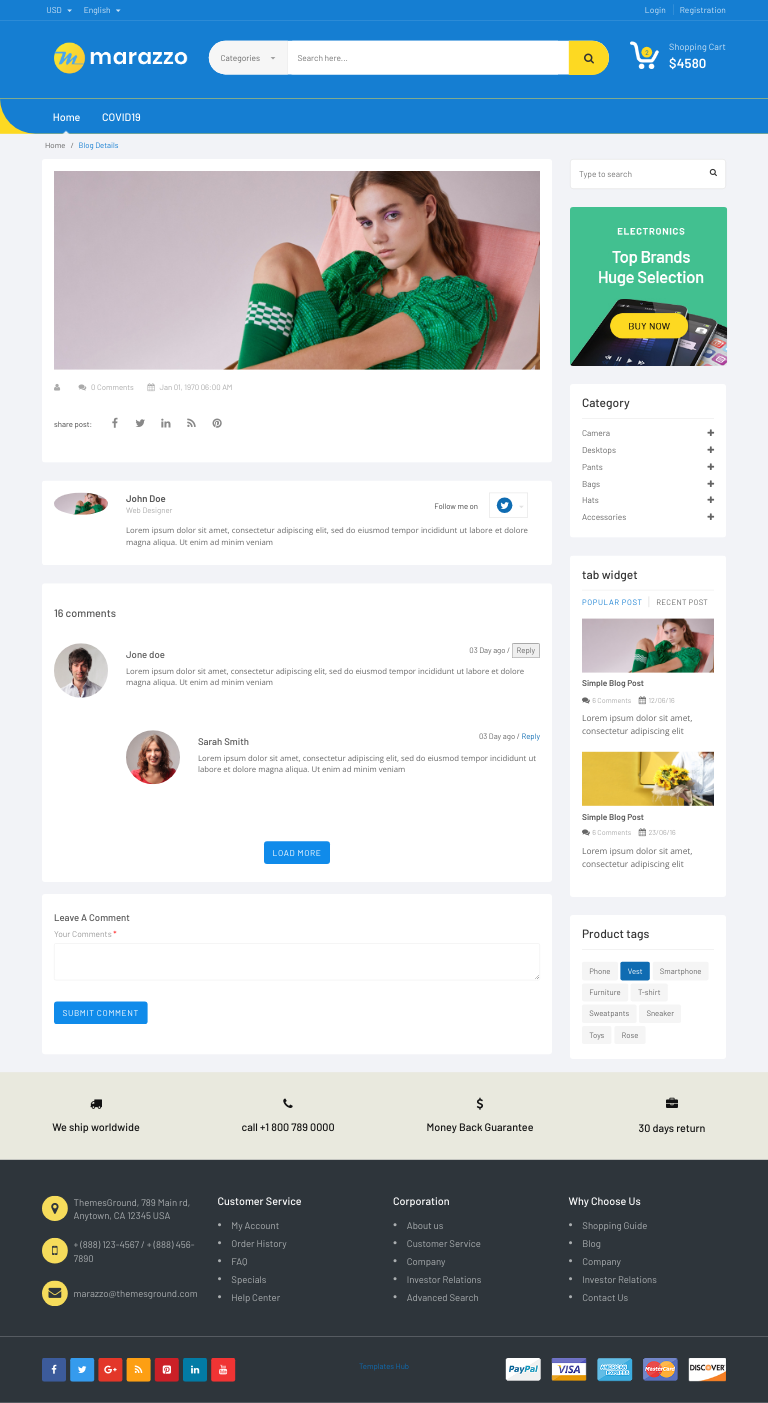
Repository: ztarikul/Laravel_e_commerce
Page: resources/views/posts/blog_details.blade.php
The author's editor kept a copy of each file at every save. The page is drawn from the files as they stood at one save, then again after the next save.
The browser window is 1280 px wide. The pictures show the whole page, at 60% of full size.
The page is served by the project's Laravel application, run on PHP 8.4 with Laravel 8. Other server files are loaded and not shown. The template is opened directly, without the code that normally fills it, so the values that code supplies are empty.

Above is the page before, as saved 2021-07-30 02:13:38.

### e_com/routes/web.php
<?php

use App\Http\Controllers\HomeController;
use Illuminate\Support\Facades\Route;

/*
|--------------------------------------------------------------------------
| Web Routes
|--------------------------------------------------------------------------
|
| Here is where you can register web routes for your application. These
| routes are loaded by the RouteServiceProvider within a group which
| contains the "web" middleware group. Now create something great!
|
*/

// Route::get('/', function () {
//     return view('home');
// });
// Route::get('/checkout', function () {
//     return view('checkout');
// });

Auth::routes();
Route::get('/', [HomeController::class, 'index'])->name('home');
Route::get('/covid19', [HomeController::class, 'covid_form'])->name('covid.form');
Route::post('/covid19_tracker', [HomeController::class, 'covid_tracker'])->name('covid.tracker');


Route::resource('customer', CustomerController::class);
Route::get('/customer_login','CustomerController@login')->name('customer.login');
Route::post('/customer_loginAuthenticate','CustomerController@customer_loginAuthenticate')->name('customer.loginAuthenticate');
Route::get('/customer_registration','CustomerController@registration')->name('customer.registration');
Route::post('/customerRegistration','CustomerController@customerRegistration')->name('customer.customerRegistration');
Route::get('/customer_logout','CustomerController@customer_logout')->name('customer.logout');


Route::resource('post', PostController::class);

### e_com/resources/views/posts/blog_details.blade.php
<x-home-master>
@section('content')

<div class="breadcrumb">
	<div class="container">
		<div class="breadcrumb-inner">
			<ul class="list-inline list-unstyled">
				<li><a href="#">Home</a></li>
				<li class='active'>Blog Details</li>
			</ul>
		</div><!-- /.breadcrumb-inner -->
	</div><!-- /.container -->
</div><!-- /.breadcrumb -->

<div class="body-content">
	<div class="container">
		<div class="row">
			<div class="blog-page">
				<div class="col-xs-12 col-sm-9 col-md-9 rht-col">
					<div class="blog-post wow fadeInUp">
	<img class="img-responsive" src="{{asset('images/blog-post/blog_big_01.jpg')}}" alt="">

	<h1>{{$post->title}}</h1>
	<span class="author">{{$post->user->name}}</span>
	<span class="review">{{$post->comments()->count()}} Comments</span>
	<span class="date-time">{{date('M d, Y',strtotime($post->created_at))}} {{date("H:i A", strtotime($post->created_at))}}</span>
	<p>{{$post->body}}</p>
	<div class="social-media">
		<span>share post:</span>
		<a href="#"><i class="fa fa-facebook"></i></a>
		<a href="#"><i class="fa fa-twitter"></i></a>
		<a href="#"><i class="fa fa-linkedin"></i></a>
		<a href="#"><i class="fa fa-rss"></i></a>
		<a href="#" class="hidden-xs"><i class="fa fa-pinterest"></i></a>
	</div>
</div>
<div class="blog-post-author-details wow fadeInUp">
	<div class="row">
		<div class="col-md-2">
			<img src="{{asset('images/blog-post/blog_big_01.jpg')}}" alt="Responsive image" class="img-circle img-responsive">
		</div>
		<div class="col-md-10">
			<h4>John Doe</h4>
			<div class="btn-group author-social-network pull-right">
				<span>Follow me on</span>
			    <button type="button" class="dropdown-toggle" data-toggle="dropdown">
			    	<i class="twitter-icon fa fa-twitter"></i>
			    	<span class="caret"></span>
			    </button>
			    <ul class="dropdown-menu" role="menu">
			    	<li><a href="#"><i class="icon fa fa-facebook"></i>Facebook</a></li>
			    	<li><a href="#"><i class="icon fa fa-linkedin"></i>Linkedin</a></li>
			    	<li><a href="#"><i class="icon fa fa-pinterest"></i>Pinterst</a></li>
			    	<li><a href="#"><i class="icon fa fa-rss"></i>RSS</a></li>
			    </ul>
			</div>
			<span class="author-job">Web Designer</span>
			<p>Lorem ipsum dolor sit amet, consectetur adipiscing elit, sed do eiusmod tempor incididunt ut labore et dolore magna aliqua. Ut enim ad minim veniam</p>
		</div>
	</div>
</div>
					<div class="blog-review wow fadeInUp">
	<div class="row">
		<div class="col-md-12">
			<h3 class="title-review-comments">16 comments</h3>
		</div>
		<div class="col-md-2 col-sm-2">
			<img src="{{asset('images/testimonials/member1.png')}}" alt="Responsive image" class="img-rounded img-responsive">
		</div>
		<div  class="col-md-10 col-sm-10 blog-comments outer-bottom-xs">
			<div class="blog-comments inner-bottom-xs">
				<h4 id = "b">Jone doe</h4>
				<span class="review-action pull-right">
					03 Day ago &sol;

					<button id= "abcd"  onClick="MyFunction();"> Reply</button>
				</span>
				<p>Lorem ipsum dolor sit amet, consectetur adipiscing elit, sed do eiusmod tempor incididunt ut labore et dolore magna aliqua. Ut enim ad minim veniam</p>
			</div>
			<div class="blog-comments-responce outer-top-xs ">
				<div class="row">
					<div class="col-md-2 col-sm-2">
						<img src="{{asset('images/testimonials/member2.png')}}" alt="Responsive image" class="img-rounded img-responsive">
					</div>
					<div class="col-md-10 col-sm-10 outer-bottom-xs">
						<div class="blog-sub-comments inner-bottom-xs">
							<h4>Sarah Smith</h4>
							<span class="review-action pull-right">
								03 Day ago &sol;

								<a href="#"> Reply</a>
							</span>
							<p>Lorem ipsum dolor sit amet, consectetur adipiscing elit, sed do eiusmod tempor incididunt ut labore et dolore magna aliqua. Ut enim ad minim veniam</p>
						</div>
					</div>

				</div>
			</div>
		</div>


		<div class="post-load-more col-md-12"><a class="btn btn-upper btn-primary" href="#">Load more</a></div>
	</div>
</div>					<div class="blog-write-comment outer-bottom-xs outer-top-xs">
	<div class="row">
		<div class="col-md-12">
			<h4>Leave A Comment</h4>
		</div>

		<div class="col-md-12">
			<form class="register-form" role="form">
				<div class="form-group">
			    <label class="info-title" for="exampleInputComments">Your Comments <span>*</span></label>
			    <textarea class="form-control unicase-form-control" id="exampleInputComments" ></textarea>
			  </div>
			</form>
		</div>
		<div class="col-md-12 outer-bottom-small m-t-20">
			<button type="submit" class="btn-upper btn btn-primary checkout-page-button">Submit Comment</button>
		</div>
	</div>
</div>
				</div>
				<div class="col-xs-12 col-sm-3 col-md-3 sidebar">



					<div class="sidebar-module-container">
						<div class="search-area outer-bottom-small">
    <form>
        <div class="control-group">
            <input placeholder="Type to search" class="search-field">
            <a href="#" class="search-button"></a>
        </div>
    </form>
</div>

<div class="home-banner outer-top-n outer-bottom-xs">
<img src="assets/images/banners/LHS-banner.jpg" alt="Image">
</div>
				<!-- ==============================================CATEGORY============================================== -->
<div class="sidebar-widget outer-bottom-xs wow fadeInUp">
	<h3 class="section-title">Category</h3>
	<div class="sidebar-widget-body m-t-10">
		<div class="accordion">
	    	<div class="accordion-group">
	            <div class="accordion-heading">
	                <a href="#collapseOne" data-toggle="collapse" class="accordion-toggle collapsed">
	                   Camera
	                </a>
	            </div><!-- /.accordion-heading -->
	            <div class="accordion-body collapse" id="collapseOne" style="height: 0px;">
	                <div class="accordion-inner">
	                    <ul>
	                        <li><a href="#">gaming</a></li>
	                        <li><a href="#">office</a></li>
	                        <li><a href="#">kids</a></li>
	                        <li><a href="#">for women</a></li>
	                    </ul>
	                </div><!-- /.accordion-inner -->
	            </div><!-- /.accordion-body -->
	        </div><!-- /.accordion-group -->

	        <div class="accordion-group">
	            <div class="accordion-heading">
	                <a href="#collapseTwo" data-toggle="collapse" class="accordion-toggle collapsed">
	                  Desktops
	                </a>
	            </div><!-- /.accordion-heading -->
	            <div class="accordion-body collapse" id="collapseTwo" style="height: 0px;">
	                <div class="accordion-inner">
	                    <ul>
	                        <li><a href="#">gaming</a></li>
	                        <li><a href="#">office</a></li>
	                        <li><a href="#">kids</a></li>
	                        <li><a href="#">for women</a></li>
	                    </ul>
	                </div><!-- /.accordion-inner -->
	            </div><!-- /.accordion-body -->
	        </div><!-- /.accordion-group -->

	        <div class="accordion-group">
	            <div class="accordion-heading">
	                <a href="#collapseThree" data-toggle="collapse" class="accordion-toggle collapsed">
	                   Pants
	                </a>
	            </div><!-- /.accordion-heading -->
	            <div class="accordion-body collapse" id="collapseThree" style="height: 0px;">
	                <div class="accordion-inner">
	                    <ul>
	                        <li><a href="#">gaming</a></li>
	                        <li><a href="#">office</a></li>
	                        <li><a href="#">kids</a></li>
	                        <li><a href="#">for women</a></li>
	                    </ul>
	                </div><!-- /.accordion-inner -->
	            </div><!-- /.accordion-body -->
	        </div><!-- /.accordion-group -->

	        <div class="accordion-group">
	            <div class="accordion-heading">
	                <a href="#collapseFour" data-toggle="collapse" class="accordion-toggle collapsed">
	                   Bags
	                </a>
	            </div><!-- /.accordion-heading -->
	            <div class="accordion-body collapse" id="collapseFour" style="height: 0px;">
	                <div class="accordion-inner">
	                    <ul>
	                        <li><a href="#">gaming</a></li>
	                        <li><a href="#">office</a></li>
	                        <li><a href="#">kids</a></li>
	                        <li><a href="#">for women</a></li>
	                    </ul>
	                </div><!-- /.accordion-inner -->
	            </div><!-- /.accordion-body -->
	        </div><!-- /.accordion-group -->

	        <div class="accordion-group">
	            <div class="accordion-heading">
	                <a href="#collapseFive" data-toggle="collapse" class="accordion-toggle collapsed">
	                  Hats
	                </a>
	            </div><!-- /.accordion-heading -->
	            <div class="accordion-body collapse" id="collapseFive" style="height: 0px;">
	                <div class="accordion-inner">
	                    <ul>
	                        <li><a href="#">gaming</a></li>
	                        <li><a href="#">office</a></li>
	                        <li><a href="#">kids</a></li>
	                        <li><a href="#">for women</a></li>
	                    </ul>
	                </div><!-- /.accordion-inner -->
	            </div><!-- /.accordion-body -->
	        </div><!-- /.accordion-group -->

	        <div class="accordion-group">
	            <div class="accordion-heading">
	                <a href="#collapseSix" data-toggle="collapse" class="accordion-toggle collapsed">
	                 Accessories
	                </a>
	            </div><!-- /.accordion-heading -->
	            <div class="accordion-body collapse" id="collapseSix" style="height: 0px;">
	                <div class="accordion-inner">
	                    <ul>
	                        <li><a href="#">gaming</a></li>
	                        <li><a href="#">office</a></li>
	                        <li><a href="#">kids</a></li>
	                        <li><a href="#">for women</a></li>
	                    </ul>
	                </div><!-- /.accordion-inner -->
	            </div><!-- /.accordion-body -->
	        </div><!-- /.accordion-group -->

	    </div><!-- /.accordion -->
	</div><!-- /.sidebar-widget-body -->
</div><!-- /.sidebar-widget -->
	<!-- ============================================== CATEGORY : END ============================================== -->						<div class="sidebar-widget outer-bottom-xs wow fadeInUp">
    <h3 class="section-title">tab widget</h3>
	<ul class="nav nav-tabs">
	  <li class="active"><a href="#popular" data-toggle="tab">popular post</a></li>
	  <li><a href="#recent" data-toggle="tab">recent post</a></li>
	</ul>
	<div class="tab-content" style="padding-left:0">
	   <div class="tab-pane active m-t-20" id="popular">
		<div class="blog-post inner-bottom-30 " >
			<img class="img-responsive" src="assets/images/blog-post/blog_big_01.jpg" alt="">
			<h4><a href="blog-details.html">Simple Blog Post</a></h4>
				<span class="review">6 Comments</span>
			<span class="date-time">12/06/16</span>
			<p>Lorem ipsum dolor sit amet, consectetur adipiscing elit</p>

		</div>
		<div class="blog-post" >
			<img class="img-responsive" src="assets/images/blog-post/blog_big_02.jpg" alt="">
			<h4><a href="blog-details.html">Simple Blog Post</a></h4>
			<span class="review">6 Comments</span>
			<span class="date-time">23/06/16</span>
			<p>Lorem ipsum dolor sit amet, consectetur adipiscing elit</p>

		</div>
	</div>

	<div class="tab-pane m-t-20" id="recent">
		<div class="blog-post inner-bottom-30" >
			<img class="img-responsive" src="assets/images/blog-post/blog_big_03.jpg" alt="">
			<h4><a href="blog-details.html">Simple Blog Post</a></h4>
			<span class="review">6 Comments</span>
			<span class="date-time">5/06/16</span>
			<p>Lorem ipsum dolor sit amet, consectetur adipiscing elit</p>

		</div>
		<div class="blog-post">
			<img class="img-responsive" src="assets/images/blog-post/blog_big_01.jpg" alt="">
			<h4><a href="blog-details.html">Simple Blog Post</a></h4>
			<span class="review">6 Comments</span>
			<span class="date-time">10/07/16</span>
			<p>Lorem ipsum dolor sit amet, consectetur adipiscing elit</p>

		</div>
	</div>
	</div>
</div>
						<!-- ============================================== PRODUCT TAGS ============================================== -->
<div class="sidebar-widget product-tag wow fadeInUp">
	<h3 class="section-title">Product tags</h3>
	<div class="sidebar-widget-body outer-top-xs">
		<div class="tag-list">
			<a class="item" title="Phone" href="category.html">Phone</a>
			<a class="item active" title="Vest" href="category.html">Vest</a>
			<a class="item" title="Smartphone" href="category.html">Smartphone</a>
			<a class="item" title="Furniture" href="category.html">Furniture</a>
			<a class="item" title="T-shirt" href="category.html">T-shirt</a>
			<a class="item" title="Sweatpants" href="category.html">Sweatpants</a>
			<a class="item" title="Sneaker" href="category.html">Sneaker</a>
			<a class="item" title="Toys" href="category.html">Toys</a>
			<a class="item" title="Rose" href="category.html">Rose</a>
		</div><!-- /.tag-list -->
	</div><!-- /.sidebar-widget-body -->
</div><!-- /.sidebar-widget -->
<!-- ============================================== PRODUCT TAGS : END ============================================== -->					</div>
				</div>
			</div>
		</div>
	</div>
</div>




@endsection
</x-home-master>

### e_com/public/css/rateit.css

/*===================================================================================*/
/*  Rating CSS
/*===================================================================================*/

.rateit {
    display: -moz-inline-box;
    display: inline-block;
    position: relative;
    -webkit-user-select: none;
    -khtml-user-select: none;
    -moz-user-select: none;
    -o-user-select: none;
    -ms-user-select: none;
    user-select: none;
    -webkit-touch-callout: none;
}

.rateit .rateit-range
{
    position: relative;
    display: -moz-inline-box;
    display: inline-block;
    background: url(images/star.html);
    height: 14px;
    outline: none;
}

.rateit-small .rateit-range
{
    position: relative;
    display: -moz-inline-box;
    display: inline-block;
    background: url(images/star-small.png);
    height: 14px;
    outline: none;
}

.rateit .rateit-range * {
    display:block;
}

/* for IE 6 */
* html .rateit, * html .rateit .rateit-range
{
    display: inline;
}

/* for IE 7 */
* + html .rateit, * + html .rateit .rateit-range
{
    display: inline;
}

.rateit .rateit-hover, .rateit .rateit-selected
{
    position: absolute;
    left: 0px;
}

.rateit .rateit-hover-rtl, .rateit .rateit-selected-rtl
{
    left: auto;
    right: 0px;
}

.rateit .rateit-hover
{
    background: url(images/star.html) left -28px;
}

.rateit-small .rateit-hover
{
    background: url(images/star-small.png) left -328px;
}

.rateit .rateit-hover-rtl
{
    background-position: right -28px;
}

.rateit .rateit-selected
{
    background: url(images/star.html) left -14px;
}

.rateit-small .rateit-selected
{
    background: url(images/star-small.png) left -14px;
}

.rateit .rateit-selected-rtl
{
    background-position: right -14px;
}

.rateit .rateit-preset
{
    background: url(images/star.html) left -48px;
}

.rateit .rateit-preset-rtl
{
    background: url(images/star.html) left -48px;
}

.rateit-small .rateit-preset
{
    background: url(images/star-small.png) left -48px;
}

.rateit-small .rateit-preset-rtl
{
    background: url(images/star-small.png) left -48px;
}

.rateit button.rateit-reset
{
    background: url(images/delete.gif) 0 0;
    width: 14px;
    height: 14px;
    display: -moz-inline-box;
    display: inline-block;
    float: left;
    outline: none;
    border:none;
    padding: 0;
}

.rateit button.rateit-reset:hover, .rateit button.rateit-reset:focus
{
    background-position: 0 -14px;
}

Loaded but not shown: e_com/app/Http/Controllers/Auth/LoginController.php (common file); e_com/app/Http/Controllers/Controller.php (common file); e_com/app/Http/Controllers/Auth/ConfirmPasswordController.php (common file); e_com/app/Models/Category.php (common file); e_com/public/css/bootstrap.min.css (library); e_com/public/css/main.css (library); e_com/public/css/owl.carousel.css (common file); e_com/public/css/owl.transitions.css (library); e_com/public/css/animate.min.css (library); e_com/public/css/bootstrap-select.min.css (library); e_com/public/css/font-awesome.css (library); e_com/public/js/jquery-1.11.1.min.js (library); e_com/public/js/bootstrap.min.js (library); e_com/public/js/bootstrap-hover-dropdown.min.js (common file); e_com/public/js/owl.carousel.min.js (library); e_com/public/js/echo.min.js (common file); e_com/public/js/jquery.easing-1.3.min.js (library); e_com/public/js/bootstrap-slider.min.js (library); e_com/public/js/jquery.rateit.min.js (library); e_com/public/js/lightbox.min.js (library); e_com/public/js/bootstrap-select.min.js (library); e_com/public/js/wow.min.js (library); e_com/public/js/scripts.js (343 lines, source omitted); e_com/resources/views/components/home-master.blade.php (456 lines, source omitted); e_com/public/css/blue.css (483 lines, source omitted)

After the next save:
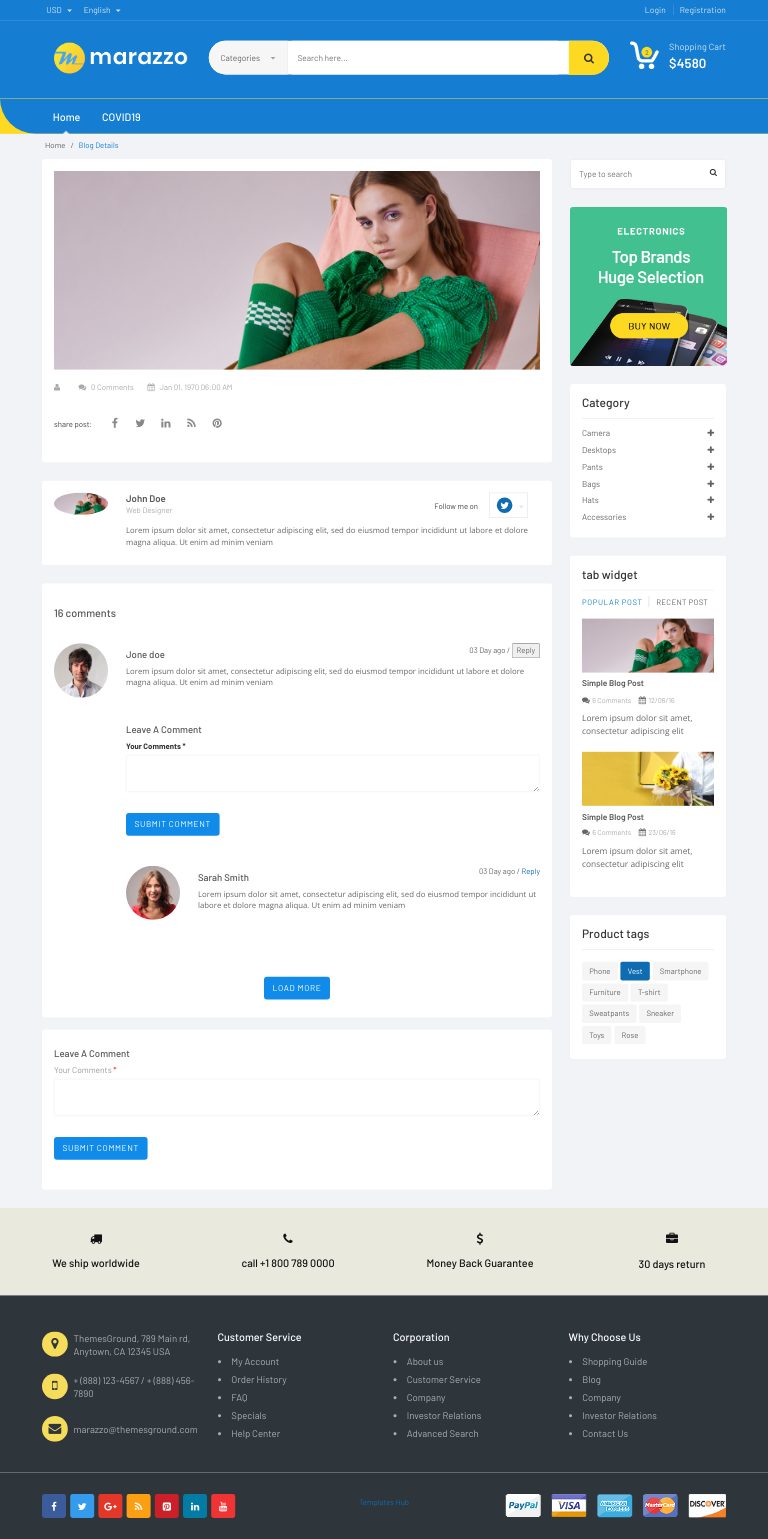
Saved 3 min 30 s later.
--- a/e_com/resources/views/posts/blog_details.blade.php
+++ b/e_com/resources/views/posts/blog_details.blade.php
@@ -76,6 +76,23 @@
 					<button id= "abcd"  onClick="MyFunction();"> Reply</button>
 				</span>
 				<p>Lorem ipsum dolor sit amet, consectetur adipiscing elit, sed do eiusmod tempor incididunt ut labore et dolore magna aliqua. Ut enim ad minim veniam</p>
+			</div>
+			<div class="row">
+				<div class="col-md-12">
+					<h4>Leave A Comment</h4>
+				</div>
+
+				<div class="col-md-12">
+					<form class="register-form" role="form">
+						<div class="form-group">
+						<label class="info-title" for="exampleInputComments">Your Comments <span>*</span></label>
+						<textarea class="form-control unicase-form-control" id="exampleInputComments" ></textarea>
+					  </div>
+					</form>
+				</div>
+				<div class="col-md-12 outer-bottom-small m-t-20">
+					<button type="submit" class="btn-upper btn btn-primary checkout-page-button">Submit Comment</button>
+				</div>
 			</div>
 			<div class="blog-comments-responce outer-top-xs ">
 				<div class="row">
